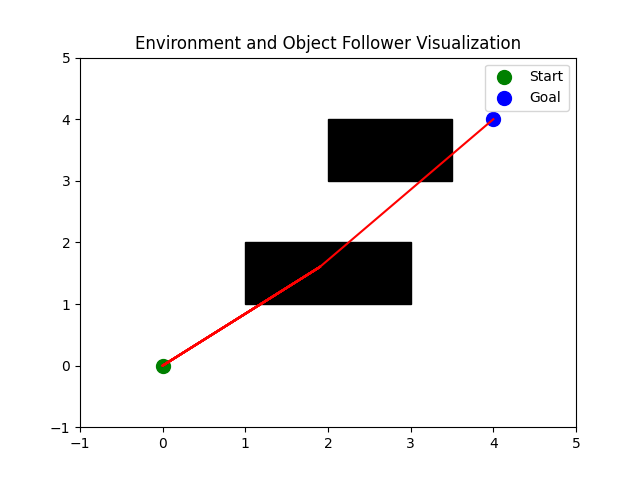
Repository: JLCucumber/comp0244-go2
Script's output: python src/cw1_team_2/test_map.py
The author's editor kept a copy of each file at every save. The script's output is drawn from the files as they stood at one save, then again after the next save.
Animations are shown at an early frame. Random numbers start from a fixed seed. It also reads src/cw1_team_2/cw1_team_2/environment/map.py, src/cw1_team_2/cw1_team_2/environment/object_follower.py, src/cw1_team_2/cw1_team_2/environment/obstacles.json.

Above is the script's output before, as saved 2025-02-16 00:45:36.

After the next save:
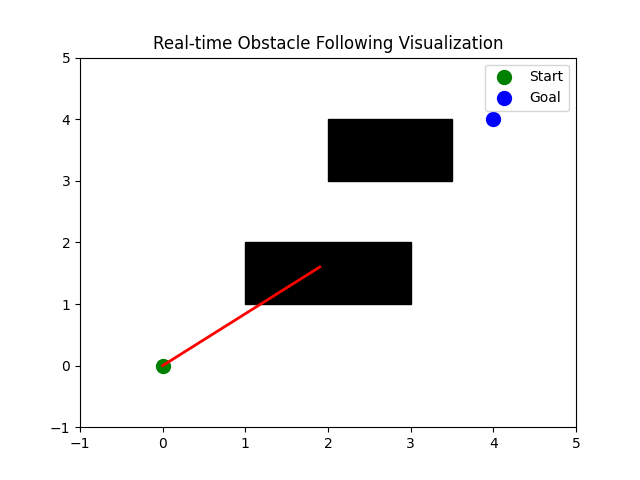
Saved 4 min 55 s later.
--- a/src/cw1_team_2/test_map.py
+++ b/src/cw1_team_2/test_map.py
@@ -10,12 +10,37 @@
 # #     plot_path(env.obstacles, start, goal, path, title="Environment Visualization")
 
 import time
+import numpy as np
+import matplotlib.pyplot as plt
 from cw1_team_2.environment.map import Environment
 from cw1_team_2.environment.object_follower import ObjectFollower
-from cw1_team_2.utils.visualization import plot_path
 from cw1_team_2.utils.config import CONFIG
-import matplotlib.pyplot as plt
-import numpy as np
+
+def update_plot(ax, path):
+    """更新 Matplotlib 画布"""
+    ax.clear()
+
+    # 绘制障碍物
+    for obs in env.obstacles:
+        ax.add_patch(plt.Rectangle((obs["x_min"], obs["y_min"]),
+                                   obs["x_max"] - obs["x_min"],
+                                   obs["y_max"] - obs["y_min"],
+                                   color="black"))
+
+    # 绘制起点 & 目标点
+    ax.scatter(*start, color="green", label="Start", s=100)
+    ax.scatter(*goal, color="blue", label="Goal", s=100)
+
+    # 绘制路径
+    if len(path) > 1:
+        ax.plot([p[0] for p in path], [p[1] for p in path], "r-", linewidth=2)
+
+    plt.xlim(-1, 5)
+    plt.ylim(-1, 5)
+    plt.legend()
+    plt.title("Real-time Obstacle Following Visualization")
+    plt.draw()
+    plt.pause(0.1)
 
 if __name__ == "__main__":
     env = Environment(CONFIG["map_file"])
@@ -29,29 +54,15 @@ if __name__ == "__main__":
     plt.ion()  # 开启交互模式
     fig, ax = plt.subplots()
 
-    for obs in env.obstacles:
-        ax.add_patch(plt.Rectangle((obs["x_min"], obs["y_min"]),
-                                   obs["x_max"] - obs["x_min"],
-                                   obs["y_max"] - obs["y_min"],
-                                   color="black"))
-
-    ax.scatter(*start, color="green", label="Start", s=100)
-    ax.scatter(*goal, color="blue", label="Goal", s=100)
-    plt.xlim(-1, 5)
-    plt.ylim(-1, 5)
-    plt.legend()
-    plt.title("Environment and Object Follower Visualization")
-
-    for _ in range(10):  # 假设绕障10步
+    for _ in range(30):  # 假设绕障30步
         new_pos = follower.move_around_obstacle()
         path.append(tuple(new_pos))
         follower.current_pos = new_pos
 
-        ax.plot([p[0] for p in path], [p[1] for p in path], "r-")
-        plt.draw()
-        plt.pause(0.5)  # 暂停0.5秒以实现实时效果
+        update_plot(ax, path)  # 更新可视化
 
-    path.append(goal)  # 添加目标点到路径
-    ax.plot([p[0] for p in path], [p[1] for p in path], "r-")
+    path.append(goal)  # 添加目标点
+    update_plot(ax, path)
+
     plt.ioff()  # 关闭交互模式
     plt.show()
